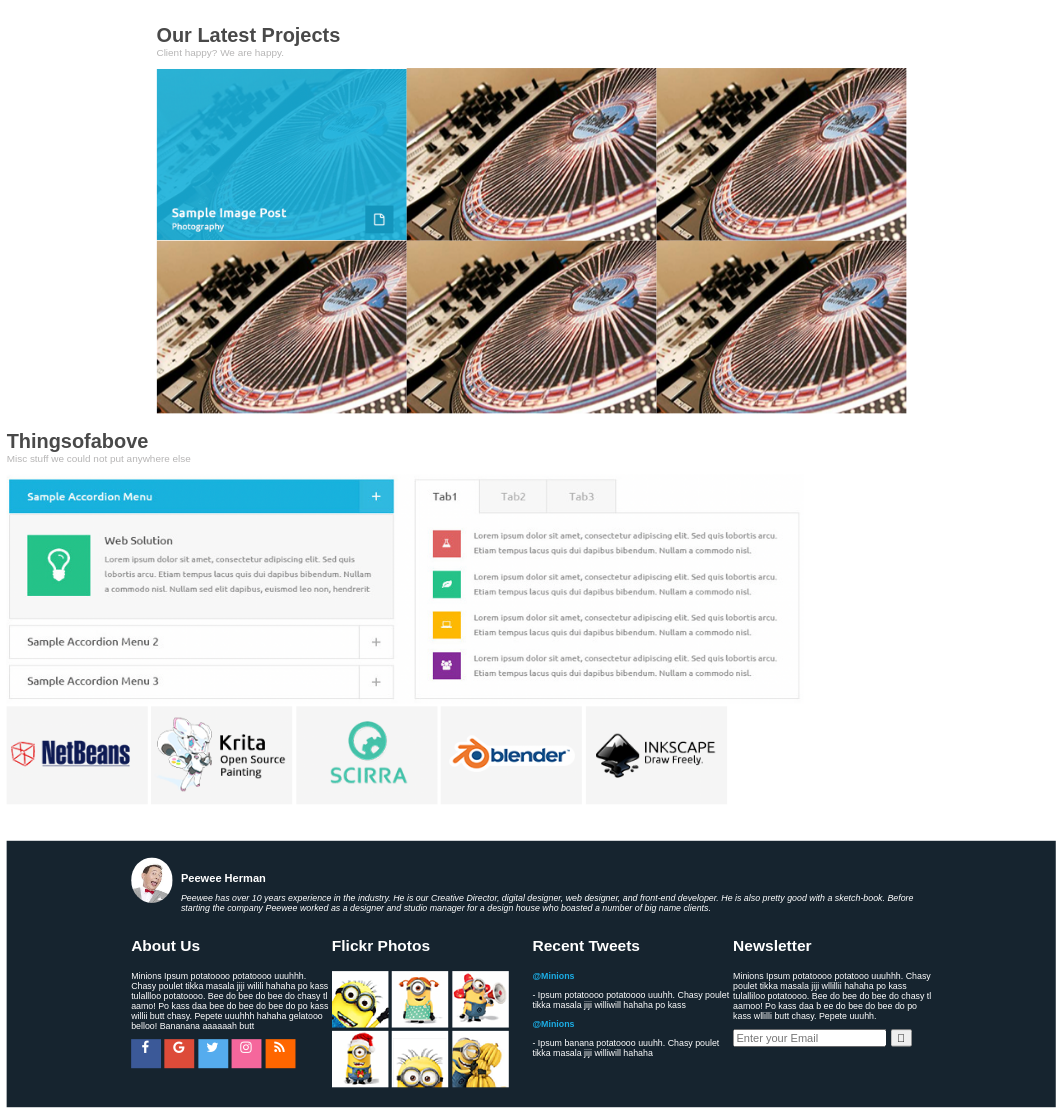
Repository: atran02/project1
Page: index.html
An editor plug-in stored every save of this project. The page is shown before and after the next save, followed by the edit.
The browser window is 1280 px wide. The pictures show the whole page, at 83% of full size.

Above is the page before, as saved 2022-01-29 23:12:04.

After the next save:
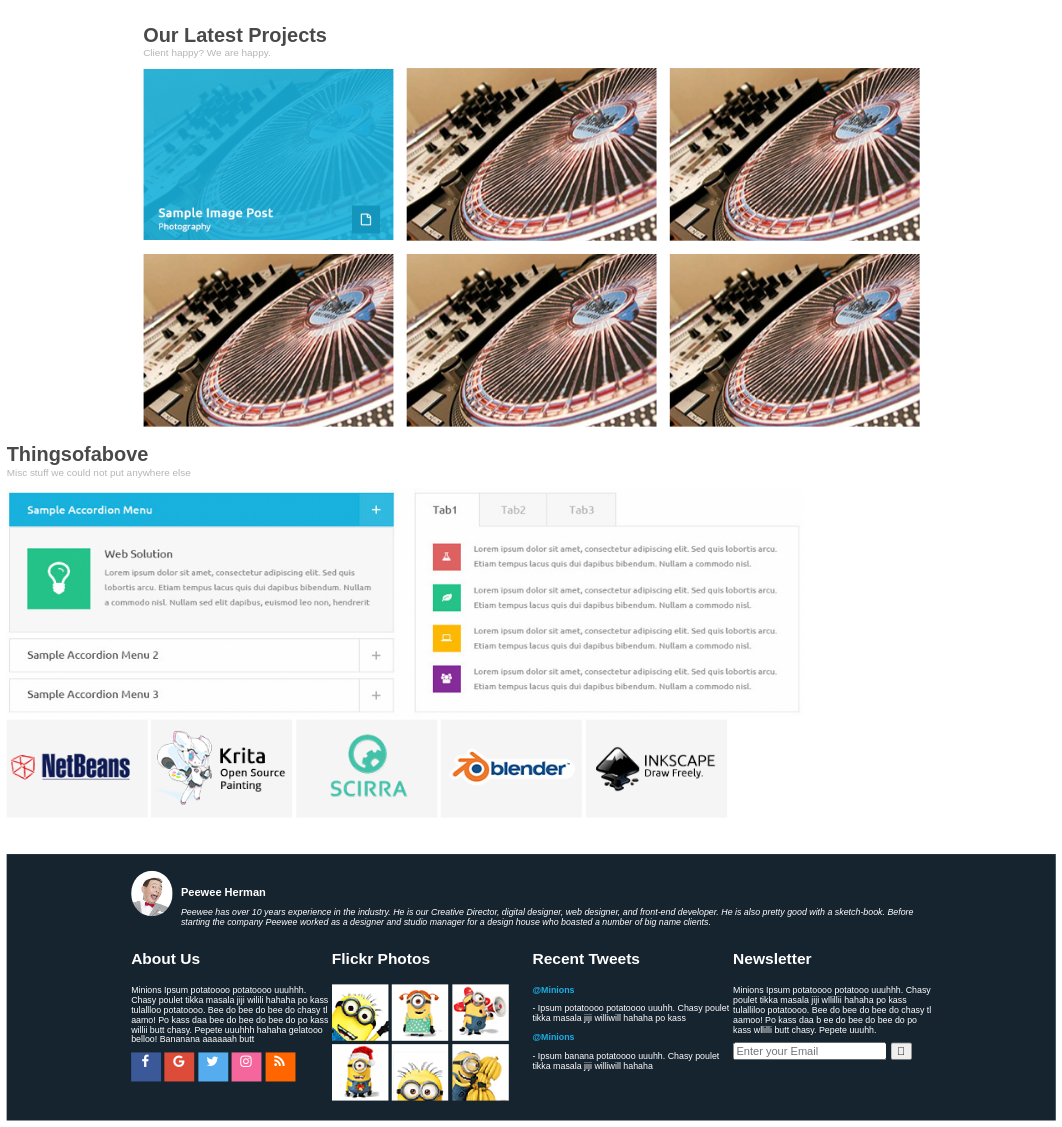
Saved 79 s later.
--- a/css/metrolics.css
+++ b/css/metrolics.css
@@ -13,7 +13,6 @@
 h2 {
     margin-bottom: 0;
     color: #494949;
-    align-content: center;
 }
 
 .latestprojects p {
@@ -24,6 +23,7 @@
 .gallery {
     display: grid;
     grid-template-columns: repeat(3, 1fr);
+    gap: 1em;
     justify-content: center;
 }
 
